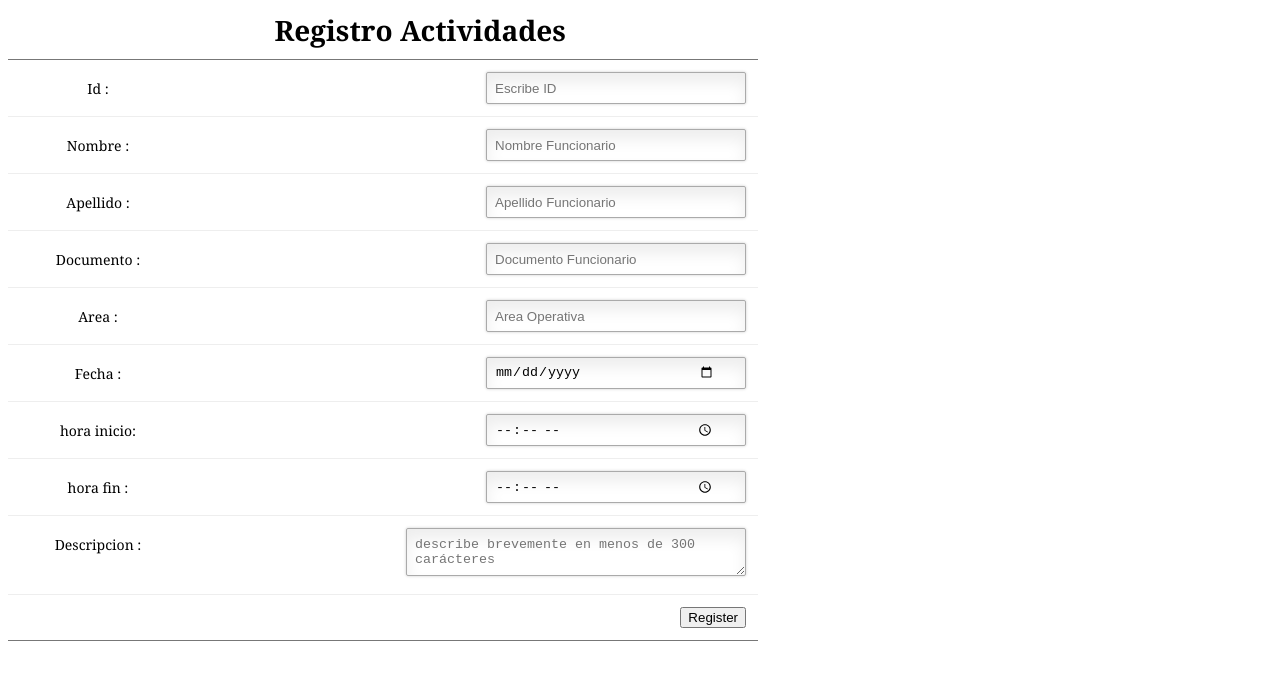
Repository: Yale2024/repo-registro-act
Page: templates/register.html
The author's editor kept a copy of each file at every save. The page is drawn from the files as they stood at one save, then again after the next save.
The browser window is 1280 px wide. The pictures show the whole page.

Above is the page before, as saved 2024-09-15 09:03:36.

### templates/register.html
<!DOCTYPE html>
<html lang="en">

<head>
    <meta charset="UTF-8">
    <meta name="viewport" content="width=device-width, initial-scale=1.0">
    <link rel="stylesheet" href="static/css/styleRegister.css">
    <script src="static/js/appRegister.js"></script>
    <title>Web App</title>
</head>
<body></body>

    <form class="contact_form" action="/register_user" method="POST" align="right" >
    <!-- <form method="POST"> -->
        <div>
            <ul>
                <li>
                    <h1>Registro Actividades</h1>
                </li>
                <li>
                    <label for="id">Id :</label>
                    <input type="number"  size="30" name="id" id="Id" placeholder="Escribe ID" required /> <br>
                </li>
                <li>
                    <label for="nombre">Nombre :</label>
                    <input type="text" size="30" name="nombre" id="nombre" placeholder="Nombre Funcionario" required /> <br>
                </li>
                <li>
                    <label for="apellido">Apellido :</label>
                    <input type="text" size="30" name="apellido" id="apellido" placeholder="Apellido Funcionario" required /> <br>
                </li>
                <li>
                    <label for="documento">Documento  :</label>
                    <input type="number" size="30" name="documento" id="documento" placeholder="Documento Funcionario" required /> <br>
                </li>
                <li>
                    <label for="are">Area      :</label>
                    <input type ="text" size="30" name="area" id="area" placeholder="Area Operativa" required /> <br>
                </li>
                <li>
                    <label for="fecha">Fecha     :</label>
                    <input type ="date" size="30" name="fecha" id="fecha" placeholder="AAAA-MM-DD" required /> <br>
                </li>
                <li>
                    <label for="horai">hora inicio:</label>
                    <input type ="time" size="30" name="horai" id="horai" placeholder="hh:mm" required /> <br>
                </li>
                <li>
                    <label for="horaf">hora fin  :</label>
                    <input type ="time" size="30" name="horaf" id="horaf" placeholder="hh:mm" required /> <br>
                </li>
                <li>
                    <label for="mensaje">Descripcion   :</label>
                    <textarea name="descripcion" size="300" for="descripcion" placeholder="describe brevemente en menos de 300 carácteres" maxlength="300"></textarea> <br>
                </li>
                <li>
                    <button>Register</button>
                </li>
            </ul>
        </div>
        <!-- <button onclick="register_user()">Register</button> -->
        <!-- <input type="submit" name="enviar" value="enviar datos"/> -->
    </form>
</body>

### static/css/styleRegister.css
/* form{
    text-align: center;
    font-size: 30px;
}
/*
body{
    background-color: #f7bb6dea;
}

button{
    background-color: black;
    color: white;
    font-size:  20px;
} */
 /* === Remove input autofocus webkit === */
*:focus {
    outline: none;
}

/* === Form Typography === */
body {
    font: 14px/21px "Lucida Sans", "Lucida Grande", "Lucida Sans Unicode", sans-serif;
}

.contact_form h1, .contact_form label {
    font-family: Georgia, Times, "Times New Roman", serif;
    margin: 0px;
    padding: 180px;
    text-align: center;
}

/* === List Styles === */
.contact_form ul {
    width: 750px;
    list-style-type: none;
    list-style-position: outside;
    margin: 0px;
    padding: 0px;
}

.contact_form li {
    padding: 12px;
    border-bottom: 1px solid #eee;
    position: relative;
}

    .contact_form li:first-child, .contact_form li:last-child {
        border-bottom: 1px solid #777;
    }

/* === Form Header === */
.contact_form h1 {
    margin: 0;
    display: inline;
    text-align: center;
}

/* === Form Elements === */
.contact_form label {
    width: 150px;
    margin-top: 3px;
    float: left;
    padding: 3px;
}

.contact_form input {
    height: 20px;
    width: 220px;
    padding: 5px 8px;
}

.contact_form textarea {
    padding: 8px;
    width: 300px;
}

.contact_form button {
    margin-left: 156px;
}

/* form element visual styles */
.contact_form input, .contact_form textarea {
    border: 1px solid #aaa;
    box-shadow: 0px 0px 3px #ccc, 0 10px 15px #eee inset;
    border-radius: 2px;
    padding-right: 30px;
    -moz-transition: padding .25s;
    -webkit-transition: padding .25s;
    -o-transition: padding .25s;
    transition: padding .25s;
}

### static/js/appRegister.js
function register_user() {
    location.href= '/register_user'
}

After the next save:
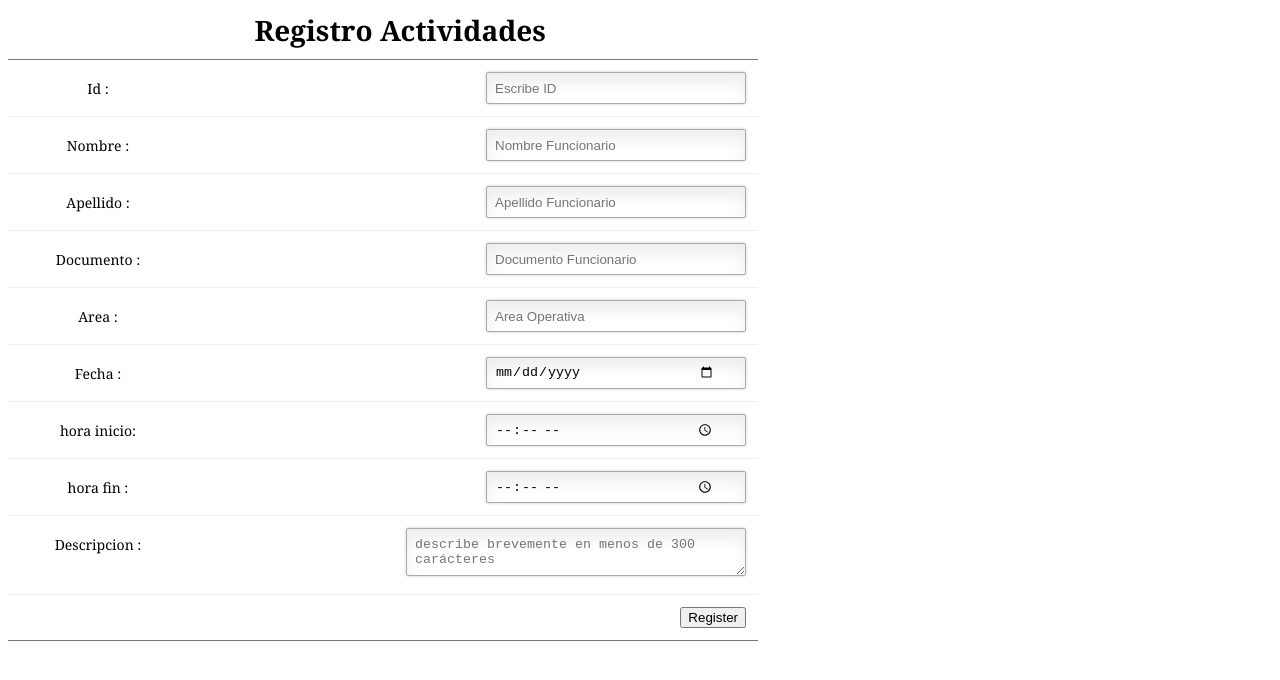
Saved 33 s later.
--- a/static/css/styleRegister.css
+++ b/static/css/styleRegister.css
@@ -25,7 +25,7 @@ body {
 .contact_form h1, .contact_form label {
     font-family: Georgia, Times, "Times New Roman", serif;
     margin: 0px;
-    padding: 180px;
+    padding: 200px;
     text-align: center;
 }
 
